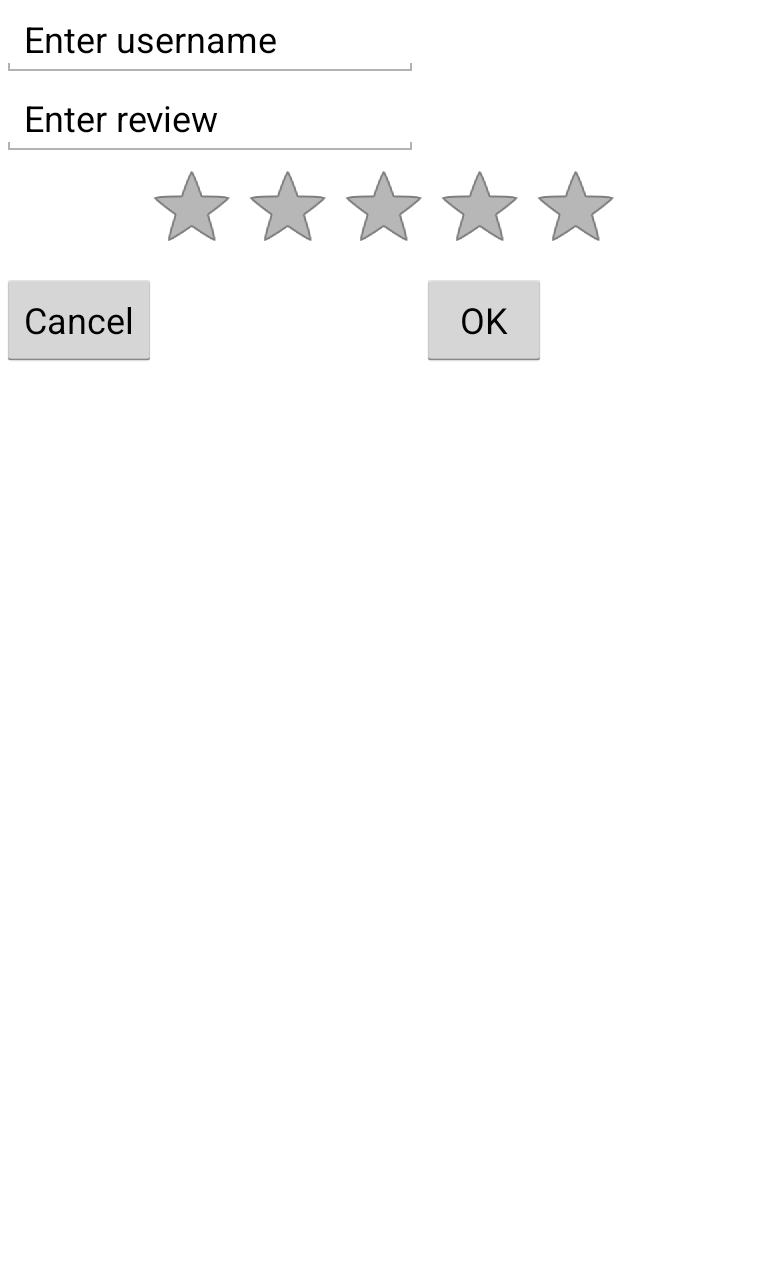
Repository: yash256/atnt
Layout: WNY Farm Fresh/res/layout/dialog.xml
An editor plug-in stored every save of this project. The layout is shown before and after the next save, followed by the edit.
It is drawn on a 768 x 1280 px phone screen (xhdpi) without system bars, with theme AppTheme; the app's code is not run.

Above is the layout before, as saved 2014-11-10 20:53:00.

After the next save:
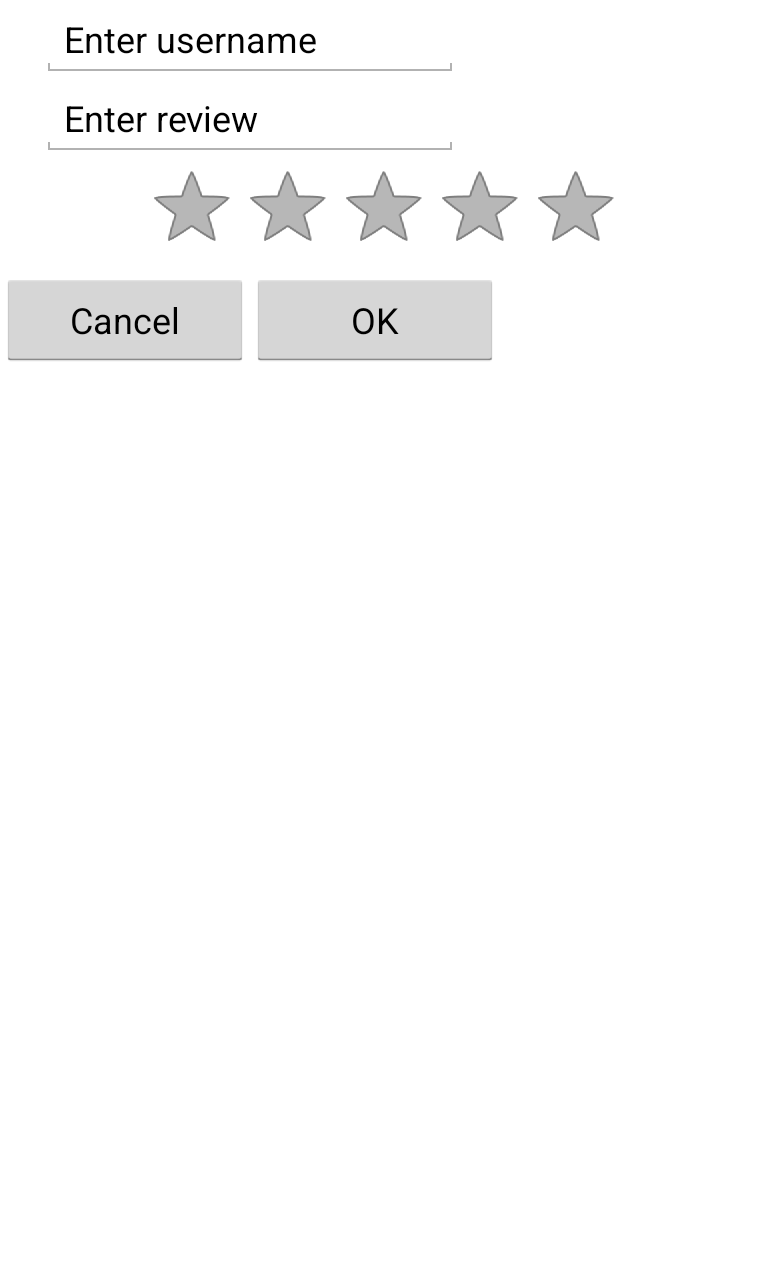
Saved 69 s later.
--- a/WNY Farm Fresh/res/layout/dialog.xml
+++ b/WNY Farm Fresh/res/layout/dialog.xml
@@ -36,16 +36,18 @@
 
     <Button
         android:id="@+id/cancel_review"
-        android:text="@string/cancel"
-         android:layout_column="1"
-		android:layout_columnSpan="4"
+        android:layout_width="125dp"
+        android:layout_column="1"
+        android:layout_columnSpan="4"
         android:layout_gravity="fill_horizontal"
         android:layout_row="3"
-        />
+        android:text="@string/cancel" />
 
     <Button
         android:id="@+id/ok_review"
-        android:layout_column="7"
+        android:layout_width="125dp"
+        android:layout_height="wrap_content"
+        android:layout_column="5"
         android:layout_gravity="left|top"
         android:layout_row="3"
         android:text="@string/ok" />
